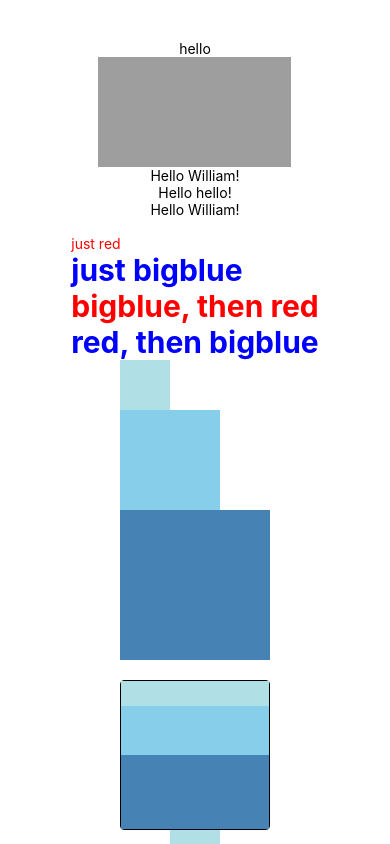
Repository: wcc17/project-adara
Screen: / (app in ProjectAdara/)
An editor plug-in stored every save of this project. The screen is shown before and after the next save, followed by the edit.
Pictures or frames that could not be fetched are drawn as grey boxes. An inner scrolling area shows only its first screen. The app was drawn by React Native's web renderer in a window 390 px wide. The project was rebuilt for these pictures with package versions that can differ from the ones it lists, and the page was loaded fresh each time.

Above is the screen before, as saved 2018-05-27 14:28:59.

After the next save:
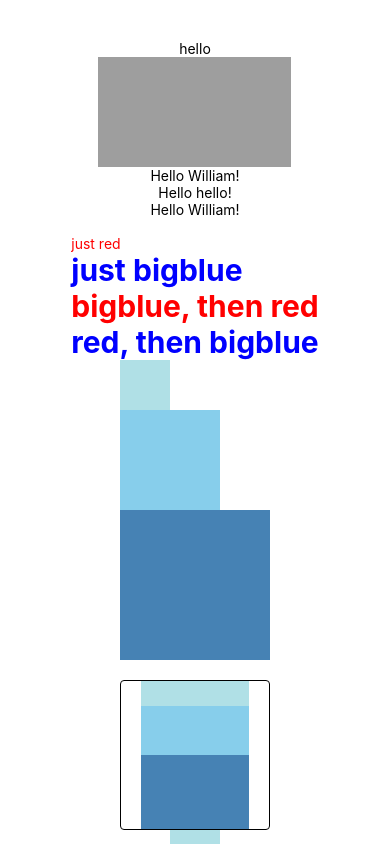
Saved 33 s later.
--- a/ProjectAdara/App.js
+++ b/ProjectAdara/App.js
@@ -129,6 +129,8 @@
         borderWidth: 1.5,
         borderColor: 'black',
 
+        paddingHorizontal: 20
+
         //column is default it looks like
         // flexDirection: 'row',
         // justifyContent: 'space-between',

After the 2 saves that followed:
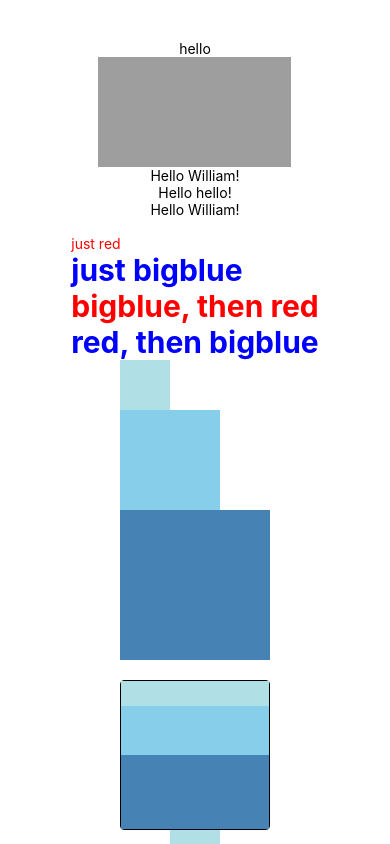
The 2 saves are shown as one change because they came seconds apart.
The last was saved 6 s later.
--- a/ProjectAdara/App.js
+++ b/ProjectAdara/App.js
@@ -129,7 +129,6 @@
         borderWidth: 1.5,
         borderColor: 'black',
 
-        paddingHorizontal: 20
 
         //column is default it looks like
         // flexDirection: 'row',
